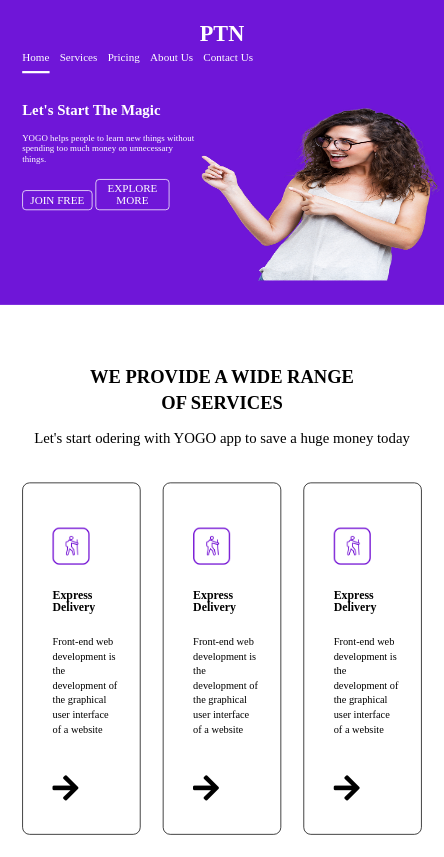
Repository: PhamTrungNguyen/LuyenTap
Page: index.html
The author's editor kept a copy of each file at every save. The page is drawn from the files as they stood at one save, then again after a run of saves.
The browser window is 600 px wide. The pictures show the whole page, at 74% of full size.
Some web fonts or font styles are not loaded; a fallback is used. The style sheet was rebuilt from its Sass, Less or Tailwind sources for each picture, by a compiler version that may differ from the author's.

Above is the page before, as saved 2021-12-05 21:56:03.

### index.html
<!DOCTYPE html>
<html lang="en">

<head>
    <meta charset="UTF-8">
    <meta http-equiv="X-UA-Compatible" content="IE=edge">
    <meta name="viewport" content="width=device-width, initial-scale=1.0">
    <title>TN_YoGo</title>
    <link rel="stylesheet" href="./reset.css">
    <link rel="stylesheet" href="./style.css">
    <!-- link truyền icon -->
    <link rel="stylesheet" href="https://cdnjs.cloudflare.com/ajax/libs/font-awesome/5.15.3/css/all.min.css"
        integrity="sha512-iBBXm8fW90+nuLcSKlbmrPcLa0OT92xO1BIsZ+ywDWZCvqsWgccV3gFoRBv0z+8dLJgyAHIhR35VZc2oM/gI1w=="
        crossorigin="anonymous" referrerpolicy="no-referrer" />
    <!-- link font chữ -->
    <link
        href="https://fonts.googleapis.com/css2?family=Roboto:ital,wght@0,300;0,400;1,300;1,400&family=Zen+Loop&display=swap"
        rel="stylesheet">
</head>

<body>
    <!-- -------------------- Logo và menu -------------------- -->
    <header class="header">
        <div class="container">
            <div class="header-main">
                <a href="#" class="header-main_logo">PTN</a>
                <ul class="header-main_menu">
                    <li class="header-main_menu__item">
                        <a href="" class="header-main_menu__link active-home">Home</a>
                    </li>
                    <li class="header-main_menu__item">
                        <a href="" class="header-main_menu__link">Services</a>
                    </li>
                    <li class="header-main_menu__item">
                        <a href="" class="header-main_menu__link">Pricing</a>
                    </li>
                    <li class="header-main_menu__item">
                        <a href="" class="header-main_menu__link">About Us</a>
                    </li>
                    <li class="header-main_menu__item">
                        <a href="" class="header-main_menu__link">Contact Us</a>
                    </li>
                </ul>
            </div>
            <!-- -------------------- Phần header trung tâm -------------------- -->
            <div class="header-center">
                <div class="header-left">
                    <h2 class="header-left_title">Let's Start The Magic</h2>
                    <p class="header-left_desc">YOGO helps people to learn new things without spending too much money on
                        unnecessary things.</p>
                    <div class="header-left_click">
                        <a href="" class="header-left_link">join free</a>
                        <a href="" class="header-left_link">explore more</a>
                    </div>
                </div>
                <div class="header-right">
                    <img src="./images/home-pic.png" alt="" class="header-right_image">
                </div>
            </div>
        </div>
    </header>
    <!-- -------------------- Phần service ( dưới header ) -------------------- -->
    <section class="service">
        <div class="container">
            <div class="service-over">
                <h2 class="service-over_title">we provide a wide range of services</h2>
                <p class="service-over_desc">Let's start odering with YOGO app to save a huge money today</p>
            </div>
            <div class="service-below">
                <div class="service-below--list">
                    <div class="service-below--block">
                        <img src="./images/Icon-1.png" alt="" class="service-below_icon">
                        <h3 class="service-below_title">Express Delivery</h3>
                        <span class="service-below_desc">Front-end web development is the development of the graphical user interface of a website</span>
                        <div class="service-below_item">
                            <i class="fas fa-arrow-right"></i>
                        </div>
                    </div>
                </div>
                <div class="service-below--list">
                    <div class="service-below--block">
                        <img src="./images/Icon-1.png" alt="" class="service-below_icon">
                        <h3 class="service-below_title">Express Delivery</h3>
                        <span class="service-below_desc">Front-end web development is the development of the graphical user interface of a website</span>
                        <div class="service-below_item">
                            <i class="fas fa-arrow-right"></i>
                        </div>
                    </div>
                </div>
                <div class="service-below--list">
                    <div class="service-below--block">
                        <img src="./images/Icon-1.png" alt="" class="service-below_icon">
                        <h3 class="service-below_title">Express Delivery</h3>
                        <span class="service-below_desc">Front-end web development is the development of the graphical user interface of a website</span>
                        <div class="service-below_item">
                            <i class="fas fa-arrow-right"></i>
                        </div>
                    </div>
                </div>

            </div>
        </div>
    </section>

</body>

</html>

### reset.css
/* http://meyerweb.com/eric/tools/css/reset/
   v2.0 | 20110126
   License: none (public domain)
*/

html,
body,
div,
span,
applet,
object,
iframe,
h1,
h2,
h3,
h4,
h5,
h6,
p,
blockquote,
pre,
a,
abbr,
acronym,
address,
big,
cite,
code,
del,
dfn,
em,
img,
ins,
kbd,
q,
s,
samp,
small,
strike,
strong,
sub,
sup,
tt,
var,
b,
u,
i,
center,
dl,
dt,
dd,
ol,
ul,
li,
fieldset,
form,
label,
legend,
table,
caption,
tbody,
tfoot,
thead,
tr,
th,
td,
article,
aside,
canvas,
details,
embed,
figure,
figcaption,
footer,
header,
hgroup,
menu,
nav,
output,
ruby,
section,
summary,
time,
mark,
audio,
video {
  margin: 0;
  padding: 0;
  border: 0;
  font-size: 100%;
  font: inherit;
  vertical-align: baseline;
}
/* HTML5 display-role reset for older browsers */
article,
aside,
details,
figcaption,
figure,
footer,
header,
hgroup,
menu,
nav,
section {
  display: block;
}
body {
  line-height: 1;
}
ol,
ul {
  list-style: none;
}
blockquote,
q {
  quotes: none;
}
blockquote:before,
blockquote:after,
q:before,
q:after {
  content: "";
  content: none;
}
table {
  border-collapse: collapse;
  border-spacing: 0;
}

### style.scss
html {
  font-size: 62.5%;
}
* {
  box-sizing: border-box;
}
body {
  font-family: "Bona Nova", serif;
  font-size: 1.6rem;
  font-weight: normal;
  outline: none;
}
a {
  text-decoration: none;
}
img {
  max-width: 100%;
}
.container {
  padding: 4rem;
}
.active-home {
  border-bottom: 3px solid white !important;
  padding-bottom: 10px;
}
.header {
  //-------------------- Logo và menu --------------------
  background-color: #6f16d8;
  &-main {
    // max-width: 1100px;
    display: flex;
    flex-direction: row;
    justify-content: space-between;
    &_logo {
      display: inline-block;
      text-transform: uppercase;
      font-size: 3rem;
      font-weight: 700;
      color: white;
    }
    &_menu {
      cursor: pointer;
      display: flex;
      flex-direction: row;
      position: relative;
      &__item:not(:last-child) {
        margin-right: 5rem;
      }
      &__link {
        text-transform: uppercase;
        display: inline-block;
        color: white;
        font-size: 1.4rem;
        border-bottom: 2px solid transparent;
        padding-bottom: 10px;
        transition: all 0.25s linear;
      }
      &__link:hover {
        color: black;
        border-bottom: 3px solid white;
      }
    }
  }
}
@media screen and (max-width: 767px) {
  .container {
    padding: 3rem;
  }
  .header-main {
    display: block;
    &_logo {
      display: block;
      text-align: center;
      padding-bottom: 1rem;
    }
  }
  .header-main_menu__item:not(:last-child) {
    margin-right: 1.4rem;
  }
  .header-main_menu__link {
    font-size: 1.5rem;
    text-transform: capitalize;
  }
}
//-------------------- Phần header trung tâm --------------------
.header {
  &-center {
    padding-top: 15rem;
    display: flex;
    justify-content: space-between;
  }
  &-left {
    margin-top: 2rem;
    &_title {
      color: white;
      font-size: 5rem;
      font-weight: bold;
      padding-bottom: 5rem;
    }
    &_desc {
      color: white;
      max-width: 400px;
      line-height: 1.4;
      padding-bottom: 5rem;
    }
    &_link {
      display: inline-block;
      padding: 1rem 2rem;
      color: white;
      text-transform: uppercase;
      border-radius: 0.5rem;
      border: 1px solid white;
      transition: all 0.25s linear;
      margin-right: 2rem;
    }
    &_link:hover {
      background-color: #fff;
      color: black;
    }
  }
  &-right {
    margin-right: 10rem;
    margin-top: -10rem;
    &_image {
      width: 45rem;
    }
  }
}
@media screen and (max-width: 1023px) {
  .header-left {
    margin-top: 0rem;
  }
  .header-center {
    padding-top: 8rem;
  }
  .header-right {
    margin-right: 0rem;
    margin-top: -3rem;
  }
  .header-left_title {
    padding-bottom: 3rem;
  }
  .header-left_desc {
    max-width: 350px;
    padding-bottom: 4rem;
  }
}
@media  screen and (max-width:767px){
  .header-center {
    padding-top: 4rem;
}
  .header-left_title {
    font-size: 2rem;
    padding-bottom: 2rem;
}
.header-right_image {
  width: 50rem;
  height: 24rem;
}
.header-right {
  margin-right: -3rem;
  margin-top: 0rem;
}
.header-left_desc {
  line-height: 1.2;
  padding-bottom: 0rem;
  font-size: 1.2rem;
}
.header-left_link {
  margin-top: 2rem;
  padding: 0.5rem 1rem;
  font-size: 1.5rem;
  margin-right: 0rem;
  max-width: 10rem;
  text-align: center;
}
}
//-------------------- Phần service ( dưới header ) --------------------
.service
{
  padding-top: 5rem;
  &-over
  {
    padding-bottom: 5rem;
    text-align: center;
    &_title
    {
      margin: 0 auto;
      text-transform: uppercase;
      color: black;
      font-size: 2.5rem;
      font-weight: 600;
      max-width:380px;
      padding-bottom: 2rem;
      line-height: 1.4;
    }
    &_desc
    {
      font-size: 2rem;
    }
  }
  &-below
  {

    display:flex;
    flex-wrap: wrap;
    &--block{
      cursor: pointer;
      padding:6rem 3rem 4rem 4rem;
      // background-color: #6f16d8;
      border-radius:1rem;
      transition: all 0.75s ease;
      border: 1px solid black;
    }
    &--list{
      width: calc(33.33% - 2rem);

    }
    &--list:hover{
      .service-below--block{
        background-color: #6f16d8;
        border: 1px solid #6f16d8;
      }
      .service-below_title , .service-below_desc,.service-below_item {
        transition: all 0.75s ease;
        color:white;
      }


    }
    &--list:not(:last-child)
    {
      margin-right: 3rem;

    }
    &_icon {
     width:5rem;
     height:5rem;
     margin-bottom: 3rem;
    }
    &_title{
      color: black;
      font-weight: 600;
      padding-bottom: 3rem;
      // transition: all 0.5s ease;
    }
    &_desc{
      color: black;
      line-height:1.4;
      word-break: break-word;
      font-size: 1.4rem;
      // transition: all 0.5s ease;
    }
    &_item{
      padding-top: 5rem;
      font-size: 4rem;
    }
  }
}

After the next 5 saves:
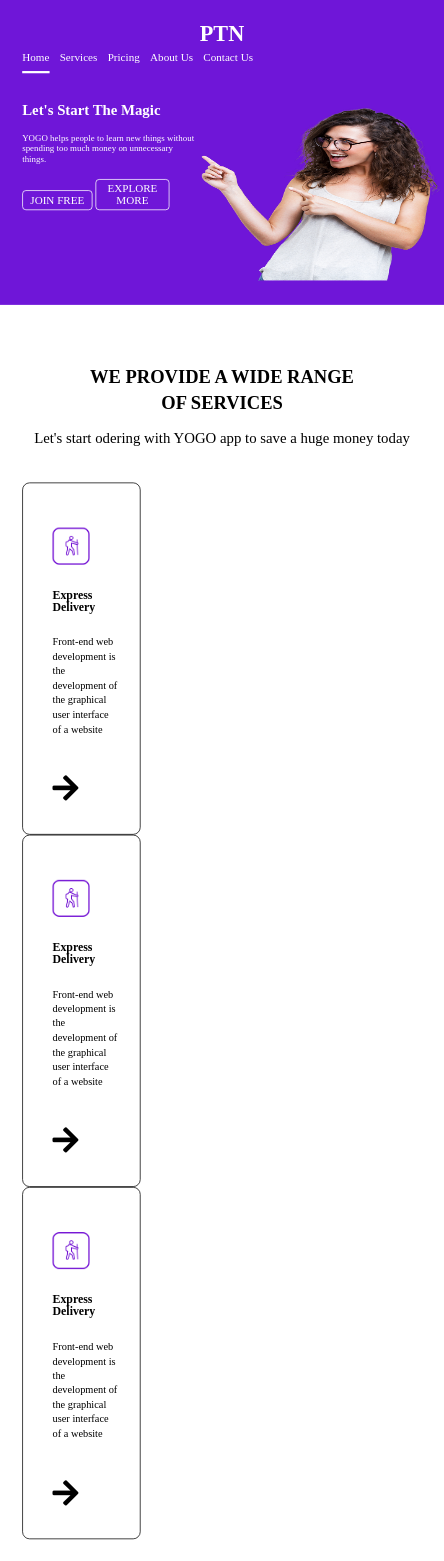
The 5 saves are shown as one change because 1 did not build or start and some came seconds apart.
The last was saved 89 s later.
--- a/style.scss
+++ b/style.scss
@@ -257,3 +257,9 @@ img {
     }
   }
 }
+@media  screen and (max-width:767px){
+  .service-below {
+    display: block;
+}
+
+}
